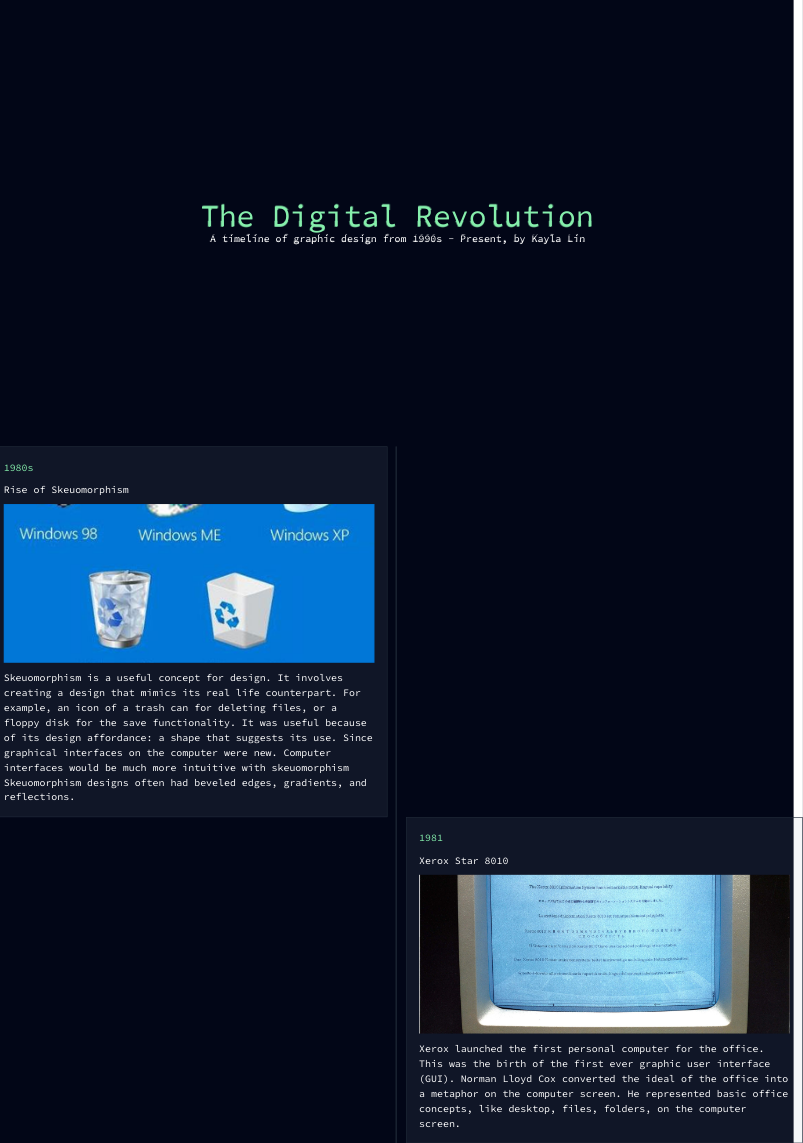
Repository: kayla-lin/graphic-design-timeline
Page: /
The author's editor kept a copy of each file at every save. The page is drawn from the files as they stood at one save, then again after a run of saves.
The browser window is 1280 px wide. The page is 1295 px wide, so the pictures cover 1295 px, including what lies to the right of the window. The pictures show the whole page, at 62% of full size.
The project was rebuilt for these pictures with package versions that can differ from the ones it lists, and the page was loaded fresh each time. The framework's server and built-in components were replaced by stand-ins that run in the browser. Also part of the build but not shown: next.config.js.

Above is the page before, as saved 2023-05-01 20:12:37.

After the next 2 saves:
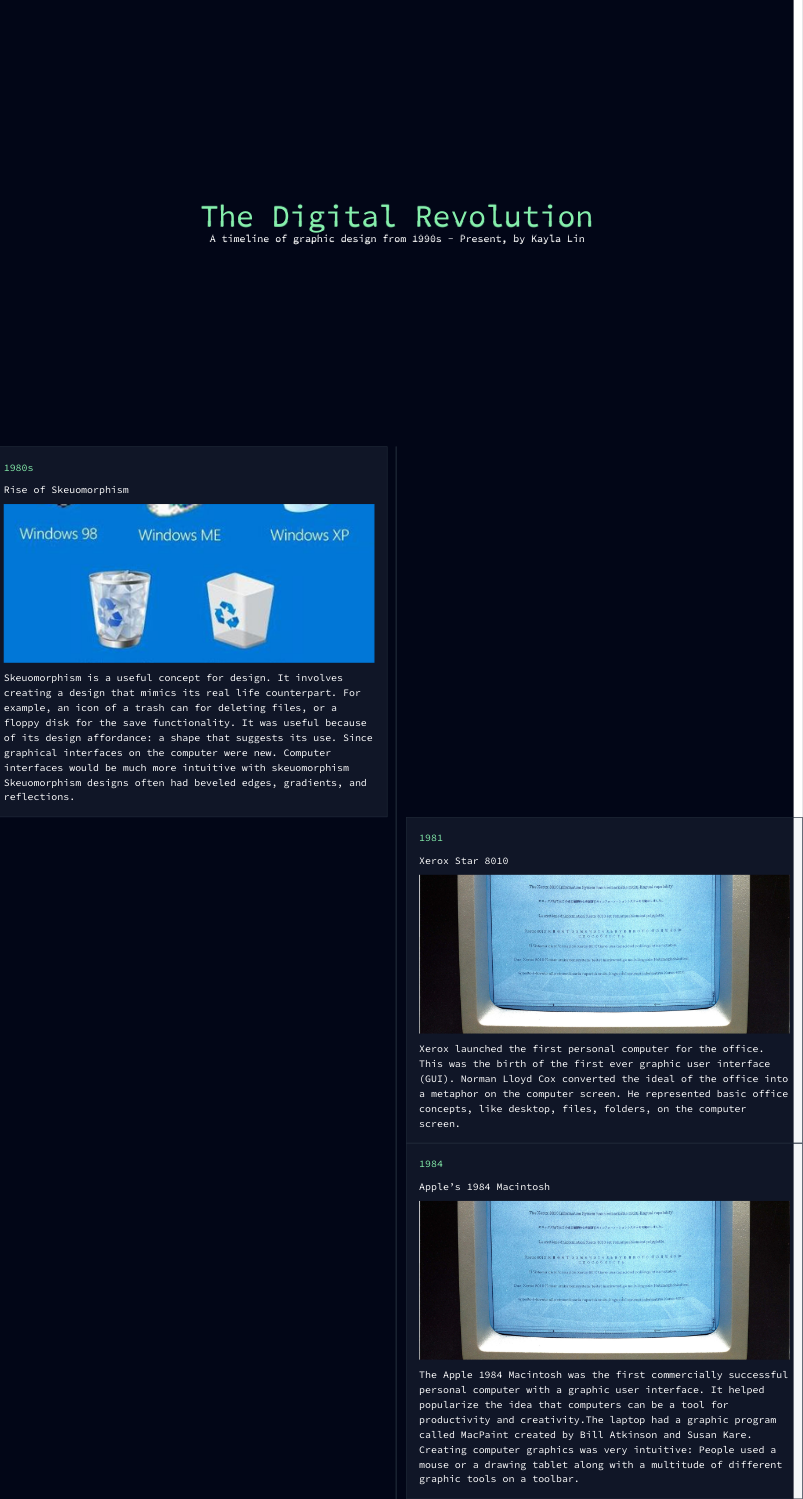
The 2 saves are shown as one change because they came seconds apart.
The last was saved 78 s later.
--- a/pages/index.tsx
+++ b/pages/index.tsx
@@ -27,6 +27,14 @@
             "Xerox launched the first personal computer for the office. This was the birth of the first ever graphic user interface (GUI).  Norman Lloyd Cox converted the ideal of the office into a metaphor on the computer screen. He represented basic office concepts, like desktop, files, folders, on the computer screen."
           }
         />
+        <TimelineElement
+          title="Apple’s 1984 Macintosh"
+          date="1984"
+          img="xerox.jpeg"
+          desc={
+            "The Apple 1984 Macintosh was the first commercially successful personal computer with a graphic user interface. It helped popularize the idea that computers can be a tool for productivity and creativity.The laptop had a graphic program called MacPaint created by Bill Atkinson and Susan Kare. Creating computer graphics was very intuitive: People used a mouse or a drawing tablet along with a multitude of different graphic tools on a toolbar."
+          }
+        />
       </Timeline>
     </main>
   );
